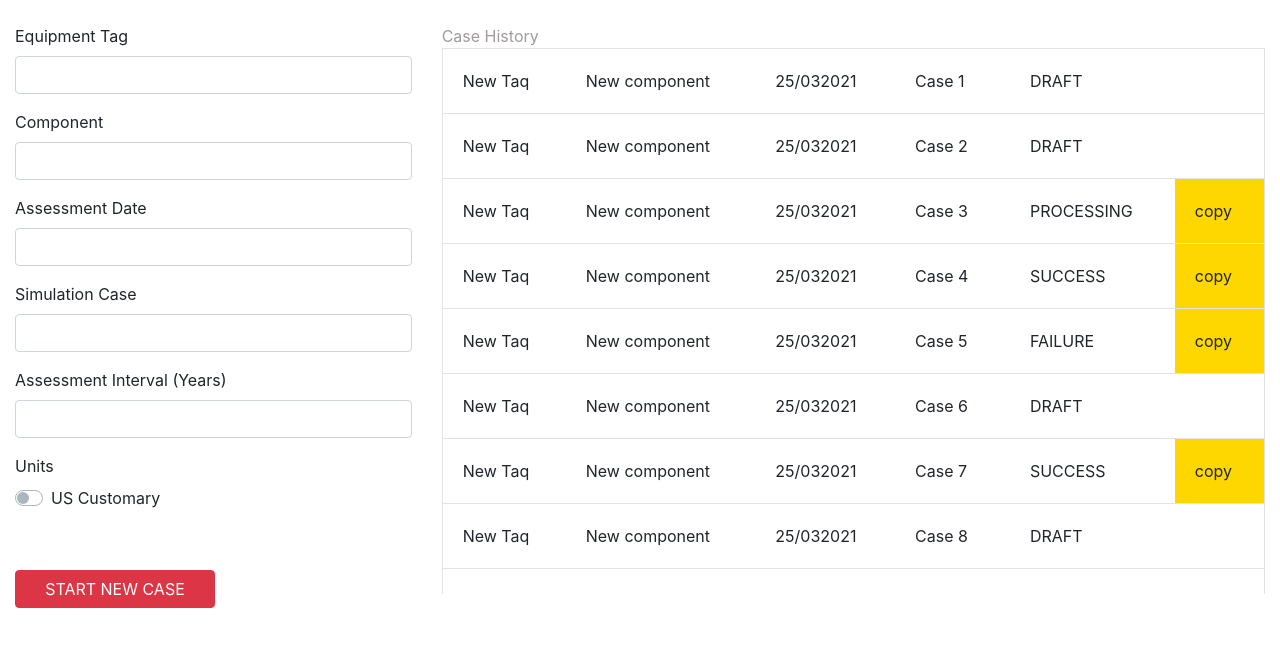
Repository: arif286/dashboard
Page: /
The author's editor kept a copy of each file at every save. The page is drawn from the files as they stood at one save, then again after the next save.
The browser window is 1280 px wide. The pictures show the whole page.
An inner scrolling area shows only its first screen. The project was rebuilt for these pictures with package versions that can differ from the ones it lists, and the page was loaded fresh each time. The framework's server and built-in components were replaced by stand-ins that run in the browser. Also part of the build but not shown: nuxt.config.js, components/Nav.vue.

Above is the page before, as saved 2021-06-18 19:37:04.

### components/Form.vue
<template>
  <div>
    <form class="Assessment-input" action="">
      <div class="mb-3">
        <label for="Input1" class="form-label">Equipment Tag</label>
        <input id="Input1" type="text" class="form-control">
      </div>
      <div class="mb-3">
        <label for="Input2" class="form-label">Component</label>
        <input id="Input2" type="text" class="form-control">
      </div>
      <div class="mb-3">
        <label for="Input3" class="form-label">Assessment Date</label>
        <input id="Input3" type="text" class="form-control">
      </div>
      <div class="mb-3">
        <label for="Input4" class="form-label">Simulation Case</label>
        <input id="Input4" type="text" class="form-control">
      </div>
      <div class="mb-3">
        <label for="Input5" class="form-label">Assessment Interval (Years)</label>
        <input id="Input5" type="text" class="form-control">
      </div>
      <div>
        <label for="Input5" class="form-label">Units</label>
        <b-form-checkbox v-model="checked" name="check-button" switch>
          US Customary
        </b-form-checkbox>
      </div>
      <b-button class="submit-button" type="submit" variant="danger">
        START NEW CASE
      </b-button>
    </form>
  </div>
</template>
<script>
export default {
  data () {
    return {
      form: {
        email: '',
        name: '',
        food: null,
        checked: []
      },
      foods: [
        { text: 'Select One', value: null },
        'Carrots',
        'Beans',
        'Tomatoes',
        'Corn'
      ],
      show: true,
      checked: false
    }
  },
  methods: {
    onSubmit (event) {
      event.preventDefault()
      alert(JSON.stringify(this.form))
    }
  }
}
</script>
<style>
.submit-button {
  width: 200px;
  margin-top: 60px;
}
.Assessment-input input:focus {
  border-color: red;
  box-shadow: none;
}
</style>

### components/Table.vue
<template>
  <div class="table-contain">
    <p class="title">
      Case History
    </p>
    <table class="w-100 table-border">
      <tbody>
        <tr v-for="item in data" :key="item.id">
          <td>{{ item.equipmentTag }}</td>
          <td>{{ item.component }}</td>
          <td>{{ item.assessmentDate }}</td>
          <td>Case {{ item.case }}</td>
          <td>{{ item.status }}</td>
          <td :class="item.copy ? 'copy-btn' : ''">
            <span>{{ item.copy ? 'copy' : '' }}</span>
          </td>
        </tr>
      </tbody>
    </table>
  </div>
</template>

<script>
export default {
  props: {
    data: {
      type: Array,
      required: true
    }
  }
}
</script>
<style scoped>

.table-border tr{
 border: 1px solid #e6e2e2;
}
.table-border td{
  padding: 20px;
}
.title{
  margin-bottom: 0px;
  color: #a09b9b;
}
.table-contain {
  height: 570px;
  overflow-y: scroll;
}
.copy-btn{
  background-color: gold;
}
</style>

### pages/index.vue
<template>
  <div class="container">
    <div class="row mt-4">
      <div class="col-4">
        <Form />
      </div>
      <div class="col-8">
        <Table :data="dashboardData" />
      </div>
    </div>
  </div>
</template>

<script>
import { dashboardData } from '@/assets/dashboard.js'
// eslint-disable-next-line semi
export default {
  data () {
    return { dashboardData }
  }
}
</script>

<style>
.container {
  max-width: 1760px;
}
</style>

### assets/dashboard.js
export const dashboardData = [
  {
    id: 1,
    equipmentTag: 'New Taq',
    component: 'New component',
    assessmentDate: '25/032021',
    case: 1,
    status: 'DRAFT'
  },
  {
    id: 2,
    equipmentTag: 'New Taq',
    component: 'New component',
    assessmentDate: '25/032021',
    case: 2,
    status: 'DRAFT'
  },
  {
    id: 3,
    equipmentTag: 'New Taq',
    component: 'New component',
    assessmentDate: '25/032021',
    case: 3,
    status: 'PROCESSING',
    copy: true
  },
  {
    id: 4,
    equipmentTag: 'New Taq',
    component: 'New component',
    assessmentDate: '25/032021',
    case: 4,
    status: 'SUCCESS',
    copy: true
  },
  {
    id: 5,
    equipmentTag: 'New Taq',
    component: 'New component',
    assessmentDate: '25/032021',
    case: 5,
    status: 'FAILURE',
    copy: true
  },
  {
    id: 6,
    equipmentTag: 'New Taq',
    component: 'New component',
    assessmentDate: '25/032021',
    case: 6,
    status: 'DRAFT'
  },
  {
    id: 7,
    equipmentTag: 'New Taq',
    component: 'New component',
    assessmentDate: '25/032021',
    case: 7,
    status: 'SUCCESS',
    copy: true
  },
  {
    id: 8,
    equipmentTag: 'New Taq',
    component: 'New component',
    assessmentDate: '25/032021',
    case: 8,
    status: 'DRAFT'
  },
  {
    id: 9,
    equipmentTag: 'New Taq',
    component: 'New component',
    assessmentDate: '25/032021',
    case: 9,
    status: 'DRAFT'
  },
  {
    id: 10,
    equipmentTag: 'New Taq',
    component: 'New component',
    assessmentDate: '25/032021',
    case: 10,
    status: 'DRAFT'
  }
]

Loaded but not shown: layouts/default.vue (common file)

After the next save:
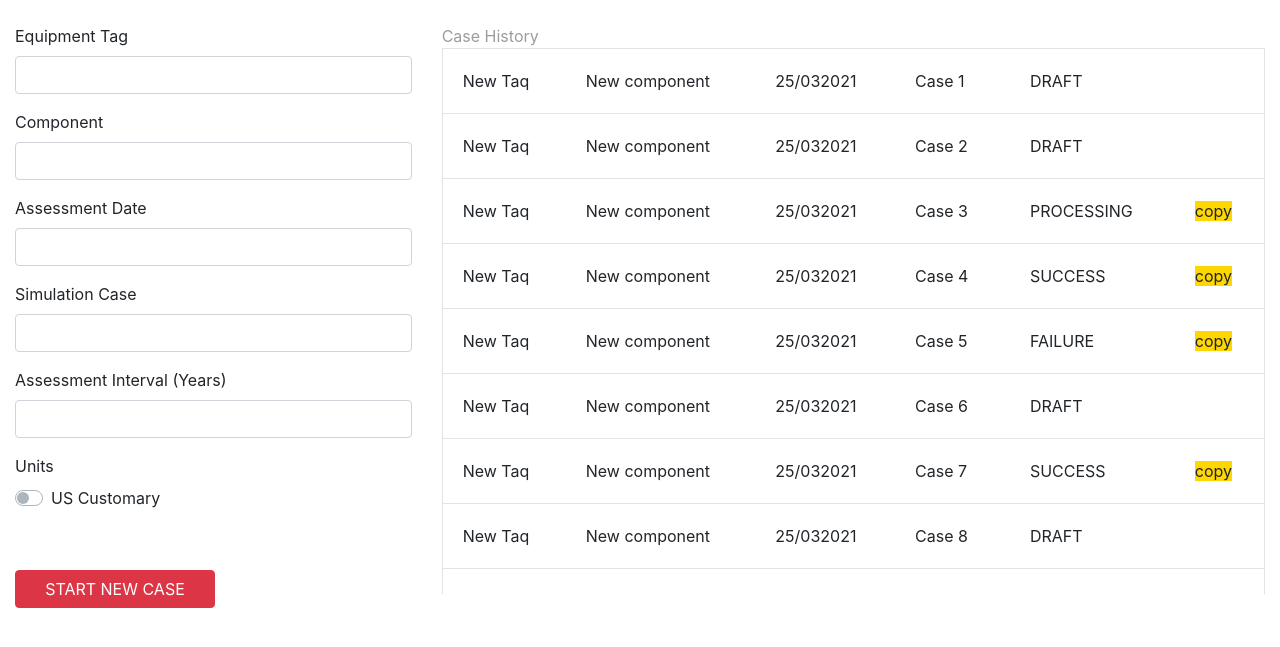
Saved 21 s later.
--- a/components/Table.vue
+++ b/components/Table.vue
@@ -11,8 +11,8 @@
           <td>{{ item.assessmentDate }}</td>
           <td>Case {{ item.case }}</td>
           <td>{{ item.status }}</td>
-          <td :class="item.copy ? 'copy-btn' : ''">
-            <span>{{ item.copy ? 'copy' : '' }}</span>
+          <td>
+            <span :class="item.copy ? 'copy-btn' : ''">{{ item.copy ? 'copy' : '' }}</span>
           </td>
         </tr>
       </tbody>
